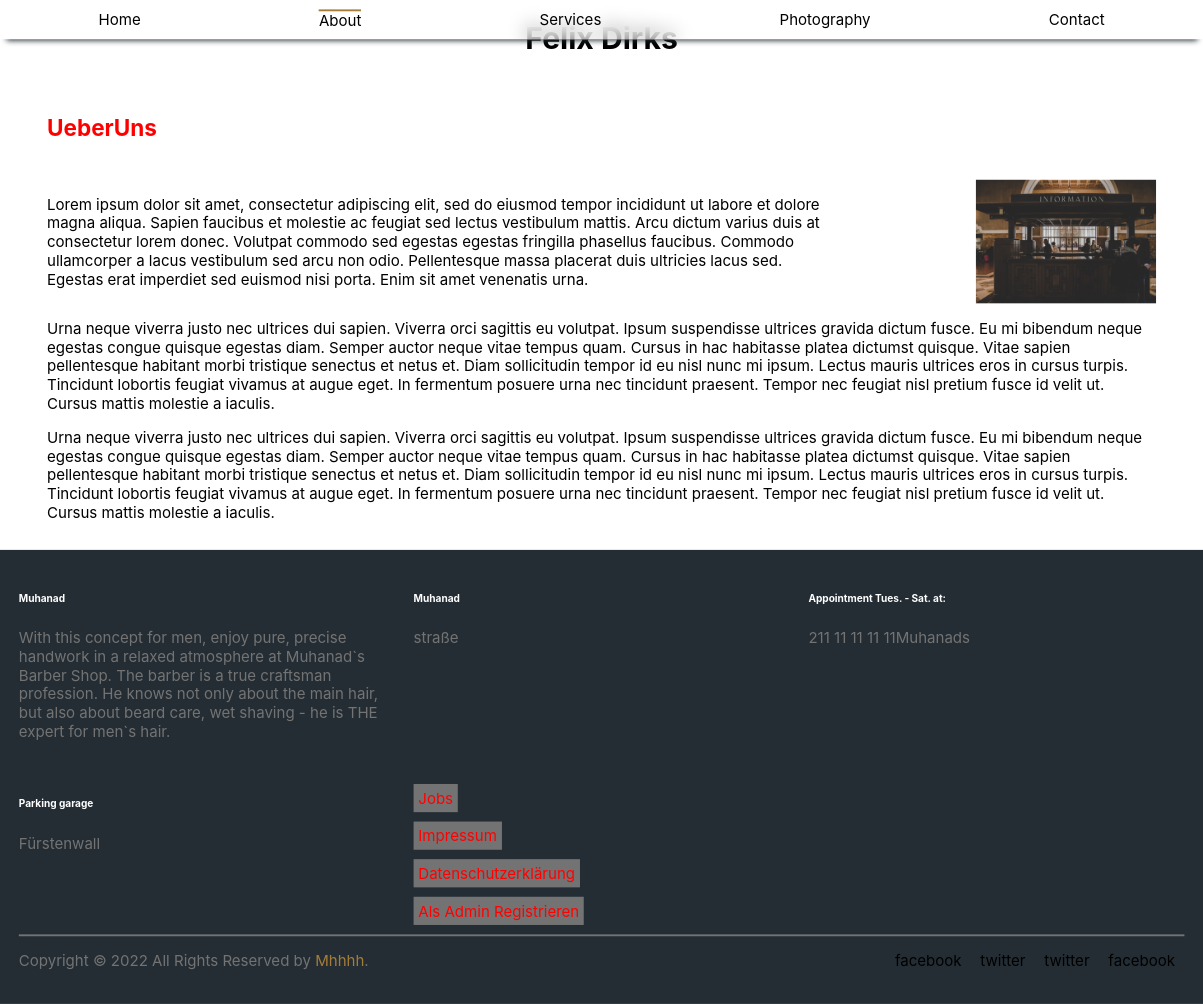
Repository: muhanad-musawi/backend-projekt-frondend
Page: /About (app in pohtographer/)
An editor plug-in stored every save of this project. The page is shown before and after the next save, followed by the edit.
The browser window is 1280 px wide. The pictures show the whole page, at 94% of full size.
The project was rebuilt for these pictures with package versions that can differ from the ones it lists, and the page was loaded fresh each time. The framework's server and built-in components were replaced by stand-ins that run in the browser. Also part of the build but not shown: pohtographer/next.config.js.

Above is the page before, as saved 2022-03-27 16:33:26.

### pohtographer/pages/_app.js
import '../styles/globals.css'
import Layout from '../layouts/default'

function MyApp({ Component, pageProps }) {


  const getLayout = Component.getLayout
  || ((page) => (<Layout>{page}</Layout>))

  return  getLayout (<Component {...pageProps} />


  )

}

export default MyApp

### pohtographer/pages/About.jsx

import styles from '../styles/main.module.css'
import Image from 'next/image'
import imgA from '../img/philip-strong-iOBTE2xsYko-unsplash.jpg'


function UeberUns() {
  return (
    <div>

    <div className={styles.mainContent}  >

    <h2 className={styles.hTwo} >UeberUns</h2>

    <div  className={styles.imgText} >
    <p className={styles.text} >Lorem ipsum dolor sit amet, consectetur adipiscing elit, sed do eiusmod tempor incididunt ut labore et dolore magna aliqua. Sapien faucibus et molestie ac feugiat sed lectus vestibulum mattis. Arcu dictum varius duis at consectetur lorem donec. Volutpat commodo sed egestas egestas fringilla phasellus faucibus. Commodo ullamcorper a lacus vestibulum sed arcu non odio. Pellentesque massa placerat duis ultricies lacus sed. Egestas erat imperdiet sed euismod nisi porta. Enim sit amet venenatis urna.
    </p>
    <Image width={192}  height={118} src={imgA} alt="" />
    </div>

    <p  className={styles.text}>Urna neque viverra justo nec ultrices dui sapien. Viverra orci sagittis eu volutpat. Ipsum suspendisse ultrices gravida dictum fusce. Eu mi bibendum neque egestas congue quisque egestas diam. Semper auctor neque vitae tempus quam. Cursus in hac habitasse platea dictumst quisque. Vitae sapien pellentesque habitant morbi tristique senectus et netus et. Diam sollicitudin tempor id eu nisl nunc mi ipsum. Lectus mauris ultrices eros in cursus turpis. Tincidunt lobortis feugiat vivamus at augue eget. In fermentum posuere urna nec tincidunt praesent. Tempor nec feugiat nisl pretium fusce id velit ut. Cursus mattis molestie a iaculis.</p>

    <p className={styles.text}>
    Urna neque viverra justo nec ultrices dui sapien. Viverra orci sagittis eu volutpat. Ipsum suspendisse ultrices gravida dictum fusce. Eu mi bibendum neque egestas congue quisque egestas diam. Semper auctor neque vitae tempus quam. Cursus in hac habitasse platea dictumst quisque. Vitae sapien pellentesque habitant morbi tristique senectus et netus et. Diam sollicitudin tempor id eu nisl nunc mi ipsum. Lectus mauris ultrices eros in cursus turpis. Tincidunt lobortis feugiat vivamus at augue eget. In fermentum posuere urna nec tincidunt praesent. Tempor nec feugiat nisl pretium fusce id velit ut. Cursus mattis molestie a iaculis.
    </p>

  </div>

  </div>
  )
}

export default UeberUns

### pohtographer/styles/globals.css
html,
body {
  padding: 0;
  margin: 0;
  font-family: -apple-system, BlinkMacSystemFont, Segoe UI, Roboto, Oxygen,
    Ubuntu, Cantarell, Fira Sans, Droid Sans, Helvetica Neue, sans-serif;
}

a {
  color: inherit;
  text-decoration: none;
}

* {
  box-sizing: border-box;
}

### pohtographer/layouts/default.jsx

import Header from '../components/Header'

import Footer from '../components/Footer'
import Head from 'next/head'


function Layout ({children}) {
  return (
    <div>
       <Header/>
       <Head>
        <title>my-App</title>
        <meta name="description" content="Generated by create next app" />
        <link rel="icon" href="/favicon.ico" />
      </Head>
      {children}
      <Footer/>
    </div>
  )
}

export default Layout

### pohtographer/styles/main.module.css


.mainContent{
  margin: 30px 50px;
}

.hTwo {
  color: red;
  margin: 40px 0px;
}

.text{
  text-align: left;


}

.imgText{
  display: flex;
  justify-content: space-between;
}

.imgText p {
  width: 70%;
 }

### pohtographer/components/Header.jsx
import Link from 'next/link'
import Image from 'next/image'
import home from '../img/home.svg'
import about from '../img/about.svg'
import service from '../img/service.svg'
import experience from '../img/experience.svg'
import contact from '../img/contact.svg'

import styles from '../styles/Header.module.css'
import { useRouter } from "next/router";



function Header() {

  const router = useRouter();

  return (
    <div className={styles.navbarCenter} >
      <h1 className={styles.logoName}>Felix Dirks</h1>
    <div className={styles.headerLinks}>

        <Link href="/">
          <a className={router.pathname == "/" ? styles.active : ""}><span className={styles.desktopVersion}>Home</span>
        <span className={styles.mobileVersion}>

          <span className={styles.img}> <Image  src={home} alt="home" /></span>


        </span></a>
        </Link>

        <Link href="/About">
          <a className={router.pathname == "/About" ? styles.active : ""}>
          <span className={styles.desktopVersion}>About</span>
        <span className={styles.mobileVersion}>


        <span className={styles.img} ><Image   src={about} alt="about" /></span>

        </span>
          </a>
        </Link>

        <Link href="/Services">
          <a className={router.pathname == "/Services" ? styles.active  : ""}>
          <span className={styles.desktopVersion}>Services</span>
        <span className={styles.mobileVersion}>

          <span className={styles.img}><Image  src={service} alt="service" /></span>


        </span>
          </a>
        </Link>

        <Link href="/Photography">
          <a className={router.pathname == "/Photography" ? styles.active  : ""}>
          <span className={styles.desktopVersion}>Photography</span>
        <span className={styles.mobileVersion}>

          <span className={styles.img} > <Image  src={home} alt="home" /></span>


        </span>
          </a>
        </Link>

        <Link href="/Contact">
          <div className={router.pathname == "/Contact" ? styles.active : ""}>
          <span className={styles.desktopVersion}>Contact</span>

        <span className={styles.mobileVersion}>

          <span className={styles.img} ><Image  src={contact} alt="contact" /></span>

        </span>
          </div>
        </Link>

        </div>

    </div>
  )
}

export default Header

### pohtographer/components/Footer.jsx
import Link from "next/link";
import styles from "../styles/Footer.module.css";

function Footer() {
  return (
    <div className={styles.footer}>

    <div className={styles.startFooter}>
      <div className={styles.conceptText}>
        <h6>Muhanad</h6>
        <p>
          With this concept for men, enjoy pure, precise handwork in a relaxed
          atmosphere at Muhanad`s Barber Shop. The barber is a true craftsman
          profession. He knows not only about the main hair, but also about
          beard care, wet shaving - he is THE expert for men`s hair.
        </p>
      </div>

      <div className={styles.adresseLink}>
        <h6>Muhanad</h6>
        <div>
          <Link href="'">straße</Link>
        </div>
      </div>

      <div className={styles.openingContactDetails}>
        <h6>Appointment Tues. - Sat. at:</h6>
        <div>
          <Link href="'">211 11 11 11 11</Link>
          <Link href="'">Muhanads</Link>
        </div>
      </div>

      <div className={styles.parkingGarage}>
        <h6>Parking garage</h6>
        <div>
          <Link href="'">Fürstenwall</Link>
        </div>
      </div>

      <div className={styles.jobsImpressumDatenschutzerklärungLink}>
      <div><Link href="'">Jobs</Link></div>
      <div><Link href="'">Impressum</Link></div>
       <div><Link href="'">Datenschutzerklärung</Link></div>
       <div><Link href="/register">Als Admin Registrieren</Link></div>
      </div>
       </div>


      <div className={styles.endFooter}>

        <div className={styles.copyrightLink}>
          <p>
           Copyright &copy; 2022 All Rights Reserved by
           <span className={styles.link}><Link href="#">  Mhhhh</Link></span>.
          </p>
        </div>

        <div className={styles.socialMedia}>
          <ul className={styles.socialMediaUl}>
            <li>
              <span><Link href="#">facebook</Link></span>

            </li>
            <li>
              <span><Link href="#">twitter</Link></span>

            </li>
            <li>
              <span><Link href="#">twitter </Link></span>

            </li>
            <li>
              <span><Link href="#">facebook</Link></span>
            </li>
          </ul>
        </div>
      </div>
    </div>
  );
}

export default Footer;

### pohtographer/styles/Header.module.css
/*
$color-white:#ffffff;
$footer-color:#737373;
$color-gold:#a57d38;
$color-dark:#242d34;
*/




.navbarCenter {
  width: 100%;
  display: flex;
  justify-content: center;

}

.headerLinks {
  -webkit-backdrop-filter: blur(10px);
  backdrop-filter: blur(10px);
  background-color: rgba(255, 255, 255, 0.5);

  margin: auto auto;
  padding: 10px;
  margin-bottom: 50px;
  display: flex;
  justify-content: space-around;
  align-items: center;

  border-radius: 40px;
  overflow: hidden;
  position: fixed;
  bottom: 0;
  width: 85%;
}

.mobileVersion {
  display: flex;
  justify-content: center;
  align-items: center;
  visibility: visible;
  border: 1px solid #a57d38;
  border-radius: 60%;
}

.mobileVersion:hover {
  border: 1px solid #a57d38;
  background-color: #242d34;
  border-radius: 60%;
}

.active {
  background-color: #242d34;
  border-radius: 60%;
  border: 2px solid #a57d38;
}

.img {
  width: 40px;
  margin: 5px;
  margin-left: 10px;
  margin-right: 10px;
  margin-top: 10px;
}

.desktopVersion {
  display: none;
  visibility: hidden;
}



@media screen and (min-width: 1024px) {

  .navbarCenter {

    position: sticky;
    overflow: hidden;
    z-index: 2;
    top: 0;

    width: 100%;
  }


  .headerLinks {
    width: 100%;
    -webkit-backdrop-filter: blur(10px);
    backdrop-filter: blur(10px);
    background-color: rgba(255, 255, 255, 0.5);


    justify-content: space-around;
    margin-top: 0px;
    margin-bottom: 0px;
    border-radius: 0;
    bottom: unset;


    -webkit-box-shadow: 0 8px 6px -6px #242d34;
    -moz-box-shadow: 0 8px 6px -6px #242d34;
    box-shadow: 0 8px 6px -6px #242d34;
  }


  .active {

    background-color: initial;
    border-radius: 0;
    border: none;
    border-top: 2px solid #a57d38;
  }

  .mobileVersion {
    display: none;
    visibility: hidden;
  }

  .desktopVersion {


    display: block;
    visibility: visible;
  }




}

### pohtographer/styles/Footer.module.css


.footer {
  width: 100%;
  padding: 20px;
  background-color: rgba(36,45,52,1);
}

.startFooter {
  display: grid;
  grid-template-columns: 1fr;
  grid-template-rows: 1fr;
}

.conceptText h6{
  color: #ffffff;
}

.conceptText p {
  color: #737373;
}

.adresseLink h6{
  color: #ffffff;
}

.adresseLink div{
  color: #737373;
}

.openingContactDetails h6{
  color: #ffffff;
}

.openingContactDetails div{
  color: #737373;
}

.parkingGarage h6{
  color: #ffffff;
}

.parkingGarage div {
  color: #737373;
}

.jobsImpressumDatenschutzerklärungLink  div {
  margin: 10px 0;
  padding: 5px 5px;
  color: red;
  background-color: #737373;
  width: max-content;
}


.copyrightLink {
  color: #737373;
  display: flex;
}

.link {
  color: #a57d38;
}

.endFooter {
  width: 100%;
  display: flex;
  justify-content: space-between;
  flex-direction: column;
  align-items: center;
  border-top: 2px solid  #737373;
}

.socialMedia {
 text-align: center;
}

.socialMediaUl {
  list-style: none;
  display: flex;
 justify-content: space-between;
}

.socialMediaUl li {
  margin: 0;
}


@media screen and (min-width: 700px) {

  .startFooter {
    display: grid;
    grid-template-columns: 1fr 1fr ;
    grid-template-rows: auto;
    column-gap: 20px;
    row-gap: 20px;
  }

  .endFooter {
    flex-direction: row;
  }

  .socialMediaUl li {
    margin: 0 10px
  }

}

@media screen and (min-width: 1000px) {

  .startFooter {
    display: grid;
    grid-template-columns: 1fr 1fr 1fr;
    grid-template-rows: auto;

  }

  .socialMedia {
    text-align: center;
    display: flex;
    justify-content: space-between;
   }
}

After the next save:
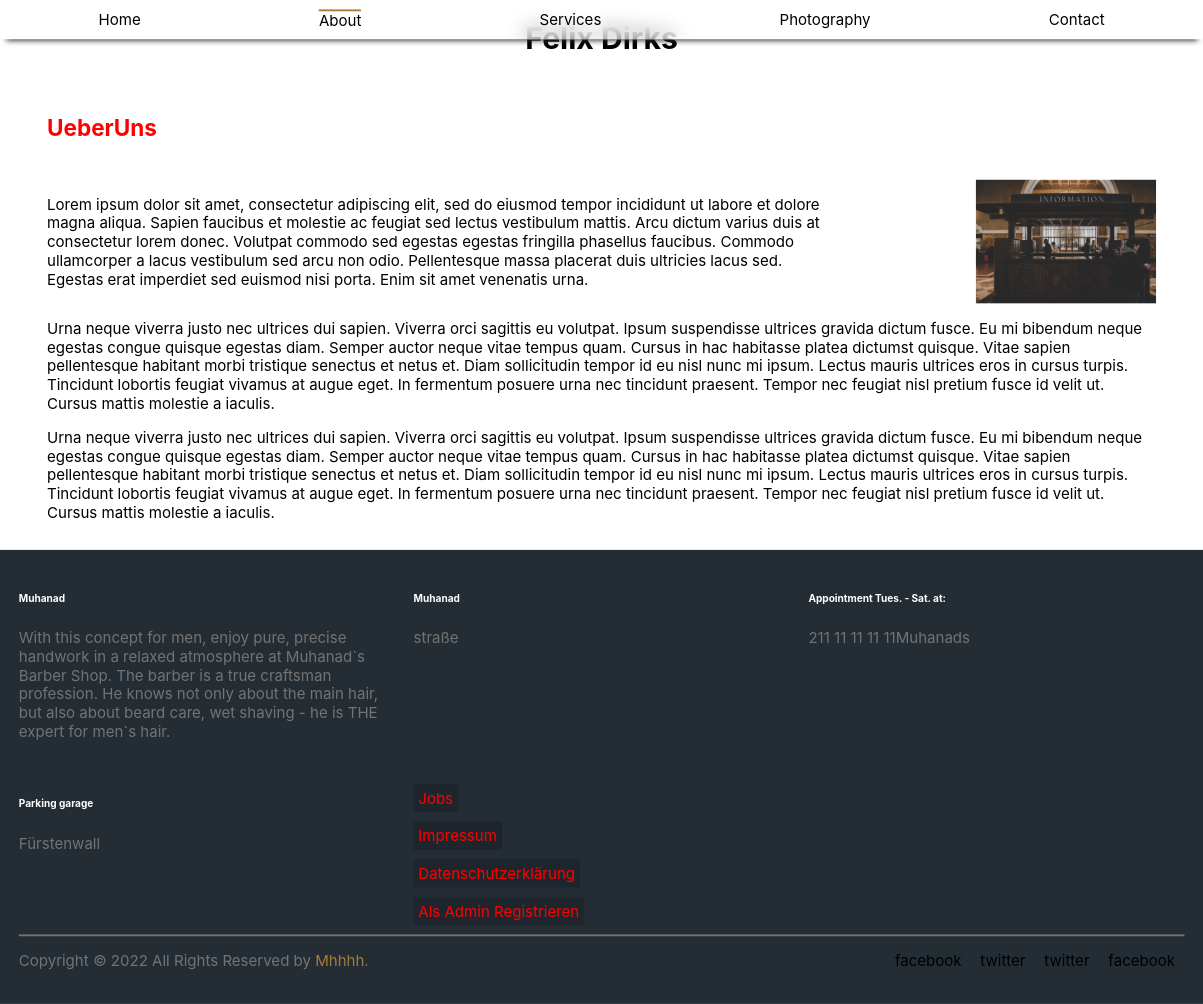
Saved 3 min 27 s later.
--- a/pohtographer/styles/Footer.module.css
+++ b/pohtographer/styles/Footer.module.css
@@ -48,7 +48,7 @@
   margin: 10px 0;
   padding: 5px 5px;
   color: red;
-  background-color: #737373;
+  background-color: #1f252c;
   width: max-content;
 }
 
